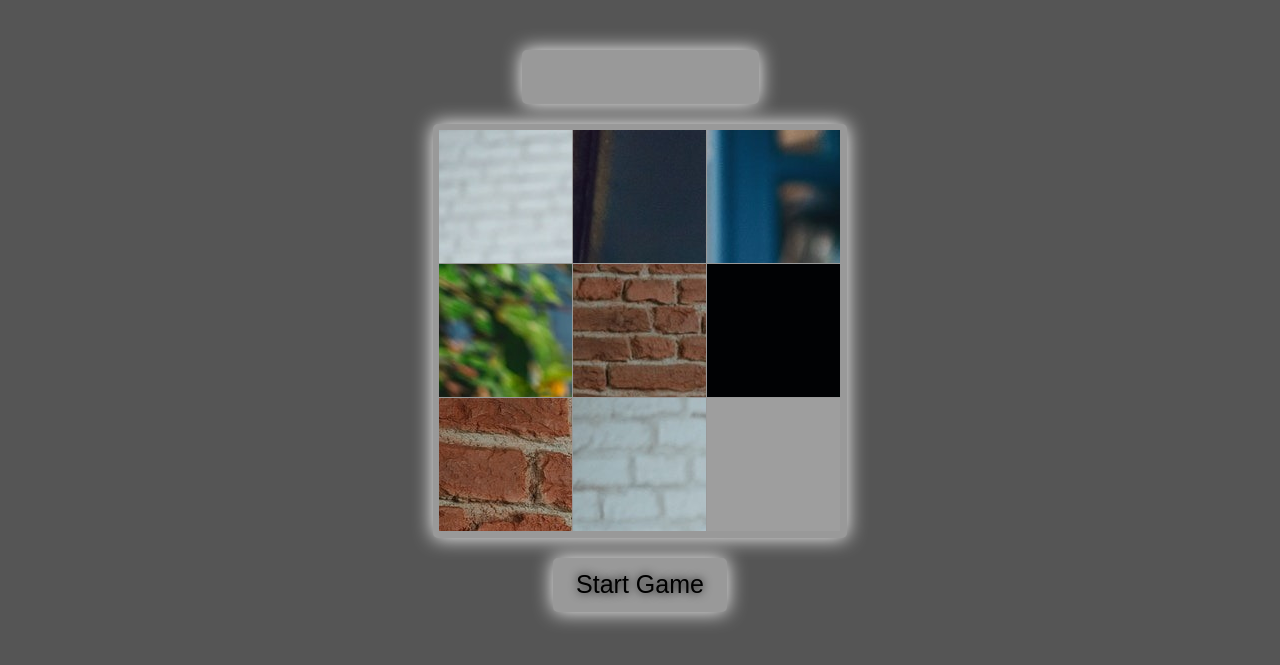
Repository: Izayah60/A-Puzzle-Game-Using-HTML-CSS-and-JavaScript
Page: Puzzle_Game.html
These files come from the project's save history. The page is drawn as it stood at one moment and after the next save; the edit follows.
The browser window is 1280 px wide. The pictures show the whole page.
Pictures or frames that could not be fetched are drawn as grey boxes.

Above is the page before, as saved 2022-05-25 19:30:14.

After the next save:
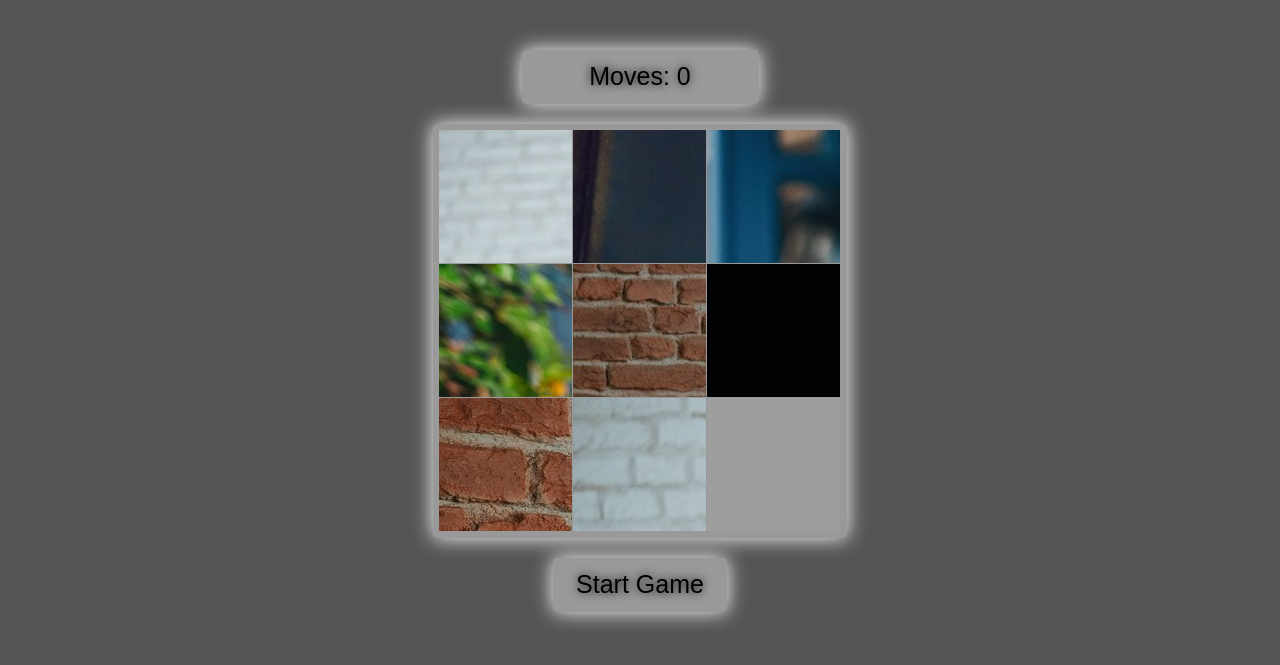
Saved 13 s later.
--- a/Puzzle_Game.html
+++ b/Puzzle_Game.html
@@ -5,7 +5,7 @@
         <link rel="stylesheet" type="text/css" href="style.css">
     </head>
     <body>
-        <div id="moves"></div>
+        <div id="moves">Moves: 0</div>
         <div id="tab_grid">
             <div class="clks" id="p11">11</div>
             <div class="clks" id="p12">12</div>
